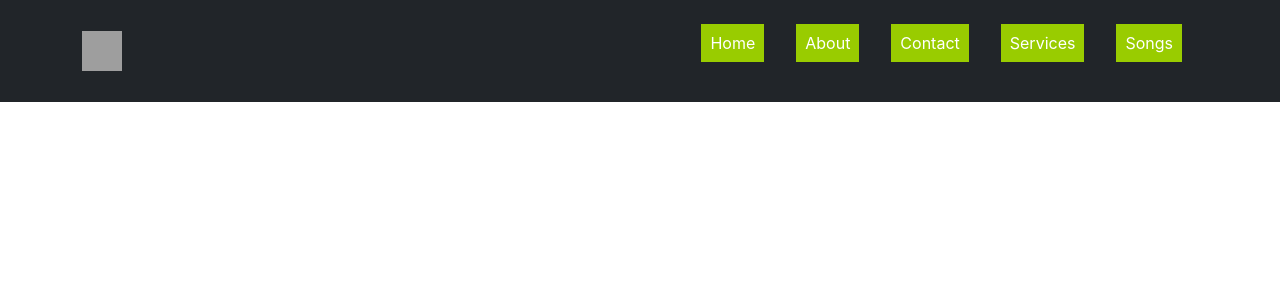
Repository: stephenkayade/cephas-musical
Page: / (app in cephas-musical/)
The author's editor kept a copy of each file at every save. The page is drawn from the files as they stood at one save, then again after a run of saves.
The browser window is 1280 px wide. The pictures show the whole page.
Pictures or frames that could not be fetched are drawn as grey boxes. The project was rebuilt for these pictures with package versions that can differ from the ones it lists, and the page was loaded fresh each time. A package was used in the major version that the imports need, not the one package.json lists. Also part of the build but not shown: cephas-musical/src/components/Master.jsx.

Above is the page before, as saved 2021-03-09 05:00:31.

After the next 8 saves:
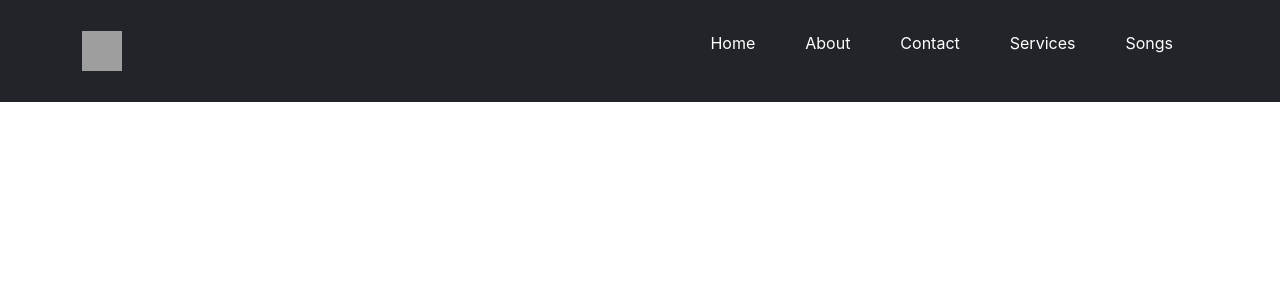
The 8 saves are shown as one change because they came seconds apart.
The last was saved 28 s later.
--- a/cephas-musical/public/css/custom.css
+++ b/cephas-musical/public/css/custom.css
@@ -1,7 +1,11 @@
 .navbox li {
     list-style: none;
+
+    margin: 0 1rem;
+}
+
+.navbox li:hover {
     background: #99cc00;
-    margin: 0 1rem;
 }
 
 .logo-img {
